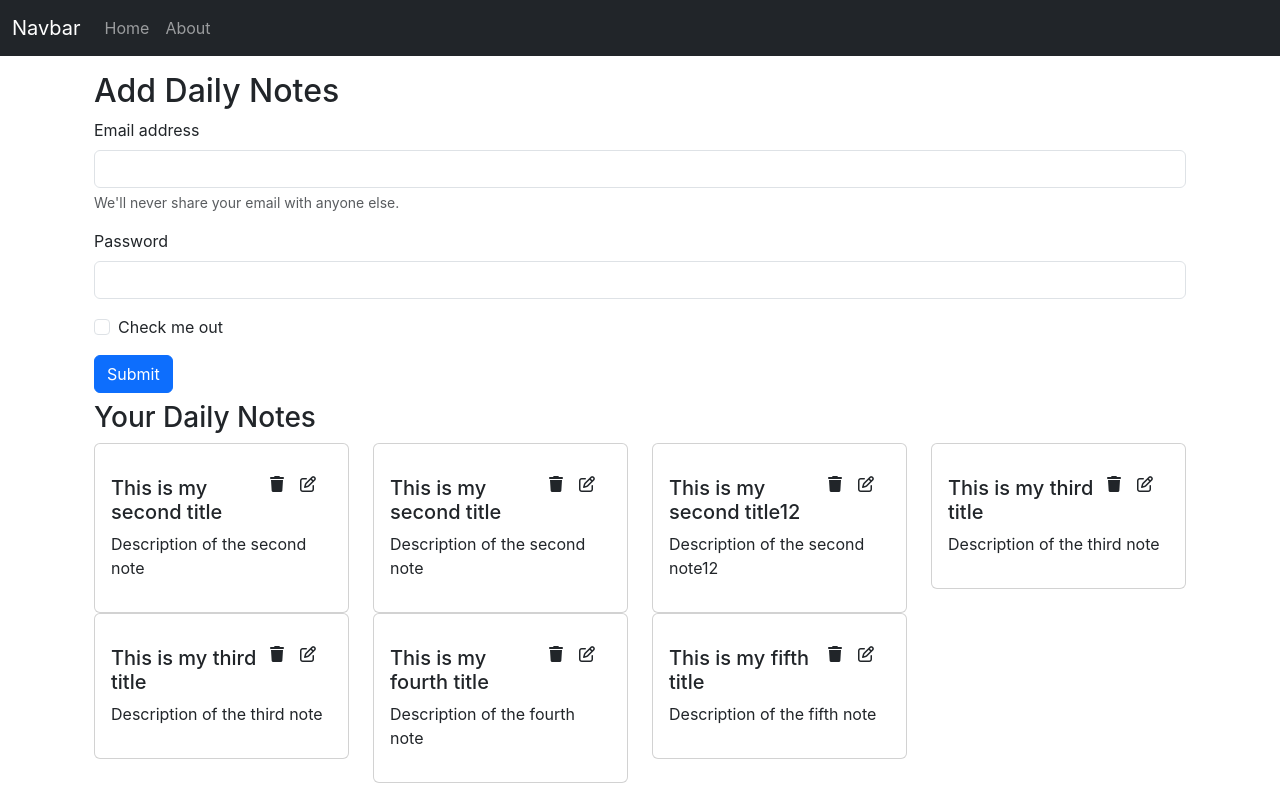
Repository: alphacode77/DailyNotes-react
Page: /
These files come from the project's save history. The page is drawn as it stood at one moment and after the next save; the edit follows.
The browser window is 1280 px wide. The pictures show the whole page.
Some web libraries are served in a nearby version. The project was rebuilt for these pictures with package versions that can differ from the ones it lists, and the page was loaded fresh each time. Also part of the build but not shown: src/components/About.js.

Above is the page before, as saved 2023-02-25 22:36:14.

After the next save:
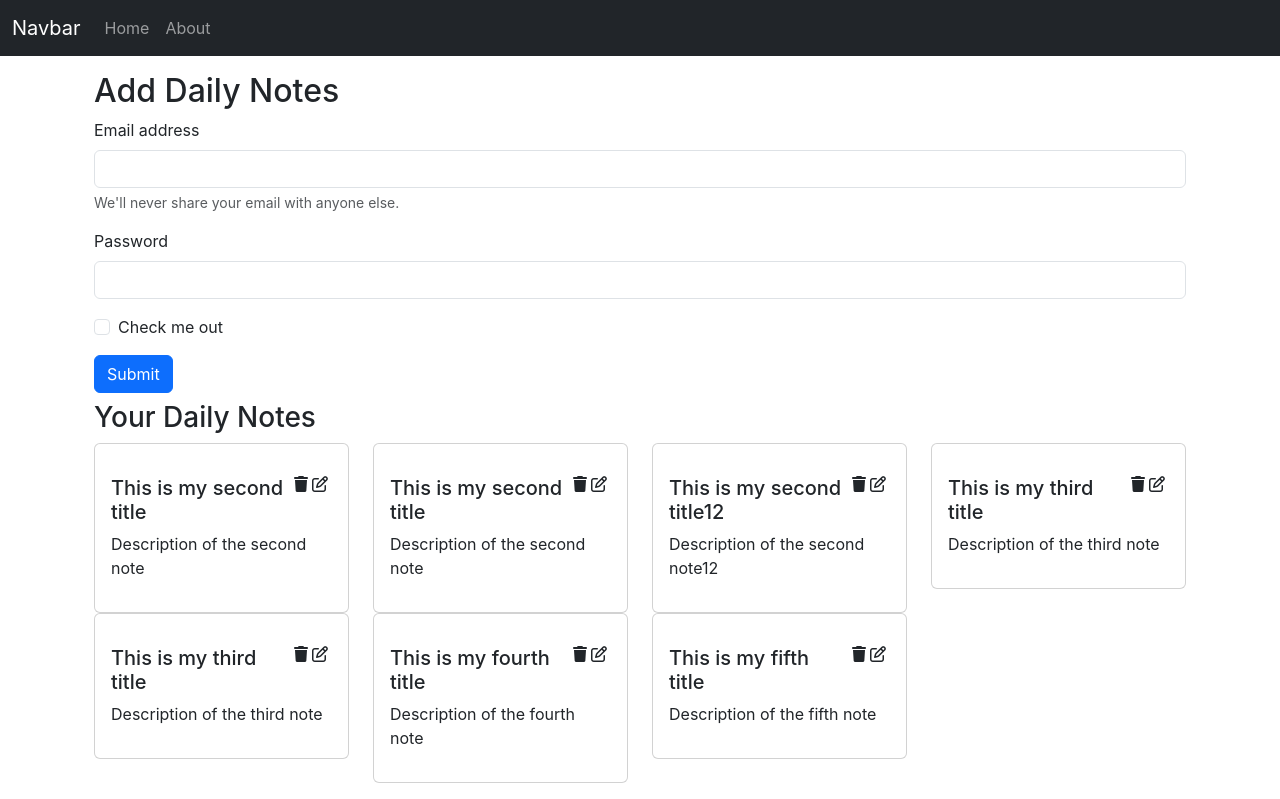
Saved 11 s later.
--- a/src/components/Noteitem.js
+++ b/src/components/Noteitem.js
@@ -9,7 +9,7 @@ const Noteitem=(props)=> {
               <div className='d-flex'>
               <h5 className='card-title'>{note.title}</h5>
               <i class="fa-solid fa-trash"></i>
-              <i class="fa-regular fa-pen-to-square mx-3"></i>
+              <i class="fa-regular fa-pen-to-square mx-1"></i>
               </div>
                 <p className='card-text'>{note.description}</p>
             </div>
